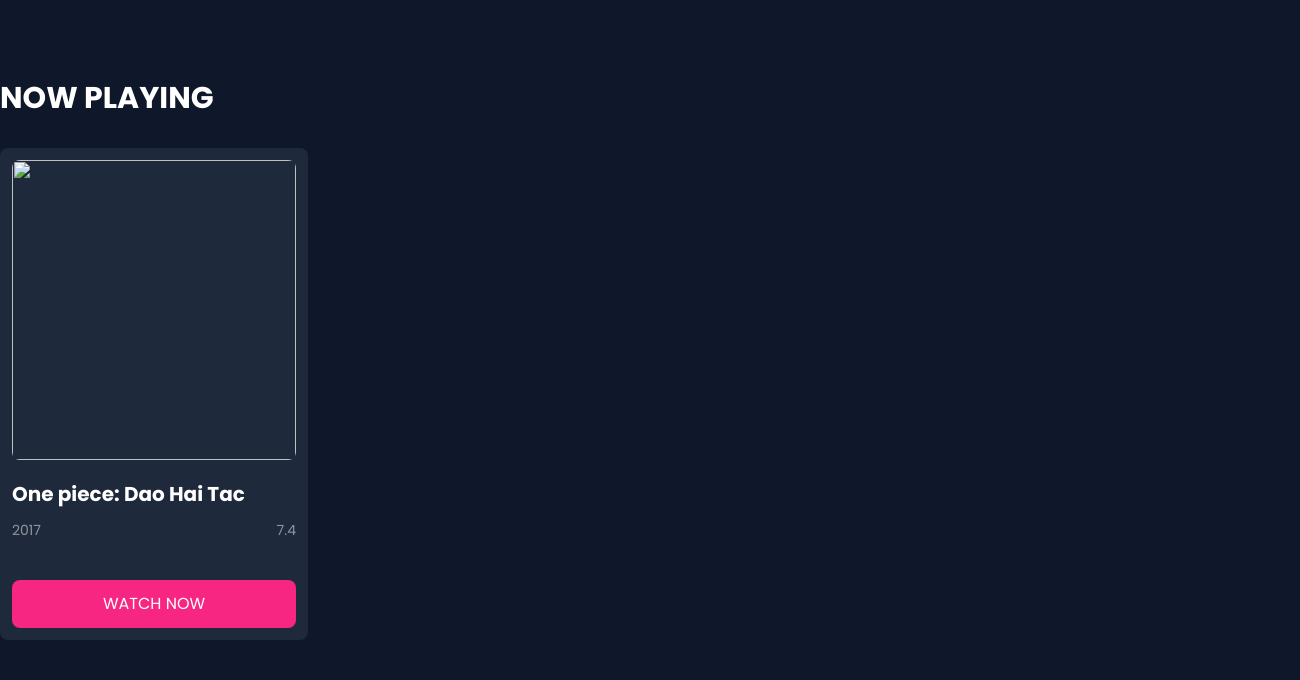
Repository: HoangLong0210/MovieWithTheMovieDb
Page: /
These files come from the project's save history. The page is drawn as it stood at one moment and after the next save; the edit follows.
The browser window is 1280 px wide. The page is 1300 px wide, so the pictures cover 1300 px, including what lies to the right of the window. The pictures show the part of the page from y = 624 to 1304 px (the page is 1304 px tall before and 812 px after).
The project was rebuilt for these pictures with package versions that can differ from the ones it lists, and the page was loaded fresh each time.

Above is the page before, as saved 2023-04-27 14:26:40.

### public/index.html
<!DOCTYPE html>
<html lang="en">
  <head>
    <meta charset="utf-8" />
    <link rel="icon" href="%PUBLIC_URL%/favicon.ico" />
    <meta name="viewport" content="width=device-width, initial-scale=1" />
    <meta name="theme-color" content="#000000" />
    <meta
      name="description"
      content="Web site created using create-react-app"
    />
    <link rel="apple-touch-icon" href="%PUBLIC_URL%/logo192.png" />
    <!--
      manifest.json provides metadata used when your web app is installed on a
      user's mobile device or desktop. See https://developers.google.com/web/fundamentals/web-app-manifest/
    -->
    <link rel="manifest" href="%PUBLIC_URL%/manifest.json" />
    <link rel="preconnect" href="https://fonts.googleapis.com" />
    <link rel="preconnect" href="https://fonts.gstatic.com" crossorigin />
    <link
      href="https://fonts.googleapis.com/css2?family=Poppins:wght@400;500;700;800;900&display=swap"
      rel="stylesheet"
    />

    <!--
      Notice the use of %PUBLIC_URL% in the tags above.
      It will be replaced with the URL of the `public` folder during the build.
      Only files inside the `public` folder can be referenced from the HTML.

      Unlike "/favicon.ico" or "favicon.ico", "%PUBLIC_URL%/favicon.ico" will
      work correctly both with client-side routing and a non-root public URL.
      Learn how to configure a non-root public URL by running `npm run build`.
    -->
    <title>React App</title>
  </head>
  <body>
    <noscript>You need to enable JavaScript to run this app.</noscript>
    <div id="root"></div>
    <!--
      This HTML file is a template.
      If you open it directly in the browser, you will see an empty page.

      You can add webfonts, meta tags, or analytics to this file.
      The build step will place the bundled scripts into the <body> tag.

      To begin the development, run `npm start` or `yarn start`.
      To create a production bundle, use `npm run build` or `yarn build`.
    -->
  </body>
</html>

### src/index.scss
@tailwind base;
@tailwind components;
@tailwind utilities;

@layer base {
  body {
    @apply bg-slate-900 font-body;
  }
}

@layer components {
  .page-container {
    max-width: 1280px;
    @apply mx-auto;
  }
  .page-container-fluid {
    max-width: 1440px;
    @apply mx-auto;
  }
}

### src/App.js
import { Fragment } from "react";
import { NavLink } from "react-router-dom";

function App() {
  return (
    <Fragment>
      <header className="header flex items-center justify-center gap-x-5 py-10 text-white mb-5">
        <NavLink className="text-primary">Home</NavLink>
        <NavLink>Movie</NavLink>
      </header>
      <section className="banner h-[500px] page-container mb-20">
        <div className="w-full h-full rounded-lg relative">
          <div className="overlay absolute inset-0 bg-gradient-to-t from-[rgba(0,0,0,0.5)] to-[rgba(0,0,0,0.5)] rounded-lg"></div>
          <img
            src="https://pic0.iqiyipic.com/image/20211206/f2/2e/a_100421840_m_601_en_m1_1013_638.jpg"
            alt=""
            className="w-full h-full object-cover rounded-lg"
          />
          <div className="absolute left-5 bottom-5 w-full text-white">
            <h2 className="font-bold text-3xl mb-5">One Piece - VUA HAI TAC</h2>
            <div className="flex items-center gap-x-3 mb-8">
              <span className="py-2 px-4 border border-white rounded-md">
                Phieu luu
              </span>
              <span className="py-2 px-4 border border-white rounded-md">
                Phieu luu
              </span>
              <span className="py-2 px-4 border border-white rounded-md">
                Phieu luu
              </span>
            </div>
            <button className="py-3 px-6 rounded-lg text-white font-medium bg-primary">
              Watch Now
            </button>
          </div>
        </div>
      </section>
      <section className="movie-layout page-container-fluid pb-10 text-white">
        <h2 className="capitalize text-white mb-8 text-3xl font-bold">
          NOW PLAYING
        </h2>
        <div className="movie-list grid grid-cols-4 gap-4">
          <div className="movie-card rounded-lg p-3 bg-slate-800">
            <img
              src=""
              alt=""
              className="w-full h-[300px] object-cover rounded-lg mb-5"
            />
            <h3 className="text-white text-xl font-bold mb-3">
              One piece: Dao Hai Tac
            </h3>
            <div className="flex items-center justify-between text-sm opacity-50 mb-10">
              <span>2017</span>
              <span>7.4</span>
            </div>
            <button className="py-3 px-6 rounded-lg capitalize bg-primary w-full">
              WATCH NOW
            </button>
          </div>
        </div>
      </section>
    </Fragment>
  );
}

export default App;

### tailwind.config.js
/** @type {import('tailwindcss').Config} */
module.exports = {
  content: ["./src/**/*.{js,jsx,ts,tsx}"],
  theme: {
    extend: {
      fontFamily: {
        body: ["Poppins", "sans-serif"],
      },
      colors: {
        primary: "#F62682",
      },
    },
  },
  plugins: [],
};

### src/components/movie/MovieCard.js
import React from "react";

const MovieCard = () => {
  return <div></div>;
};

export default MovieCard;

Loaded but not shown: src/index.js (common file); src/reportWebVitals.js (common file)

After the next save:
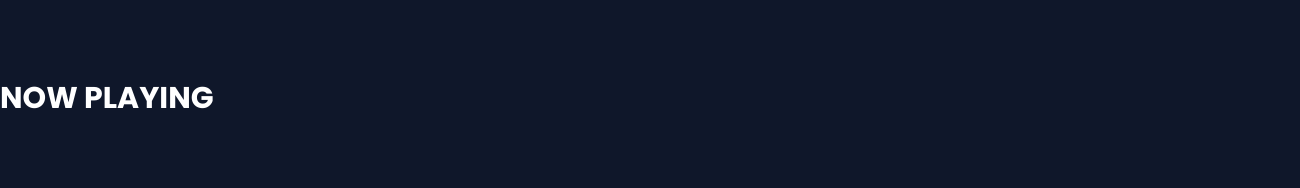
Saved 17 s later.
--- a/src/App.js
+++ b/src/App.js
@@ -39,25 +39,7 @@
         <h2 className="capitalize text-white mb-8 text-3xl font-bold">
           NOW PLAYING
         </h2>
-        <div className="movie-list grid grid-cols-4 gap-4">
-          <div className="movie-card rounded-lg p-3 bg-slate-800">
-            <img
-              src=""
-              alt=""
-              className="w-full h-[300px] object-cover rounded-lg mb-5"
-            />
-            <h3 className="text-white text-xl font-bold mb-3">
-              One piece: Dao Hai Tac
-            </h3>
-            <div className="flex items-center justify-between text-sm opacity-50 mb-10">
-              <span>2017</span>
-              <span>7.4</span>
-            </div>
-            <button className="py-3 px-6 rounded-lg capitalize bg-primary w-full">
-              WATCH NOW
-            </button>
-          </div>
-        </div>
+        <div className="movie-list grid grid-cols-4 gap-4"></div>
       </section>
     </Fragment>
   );

After the 2 saves that followed:
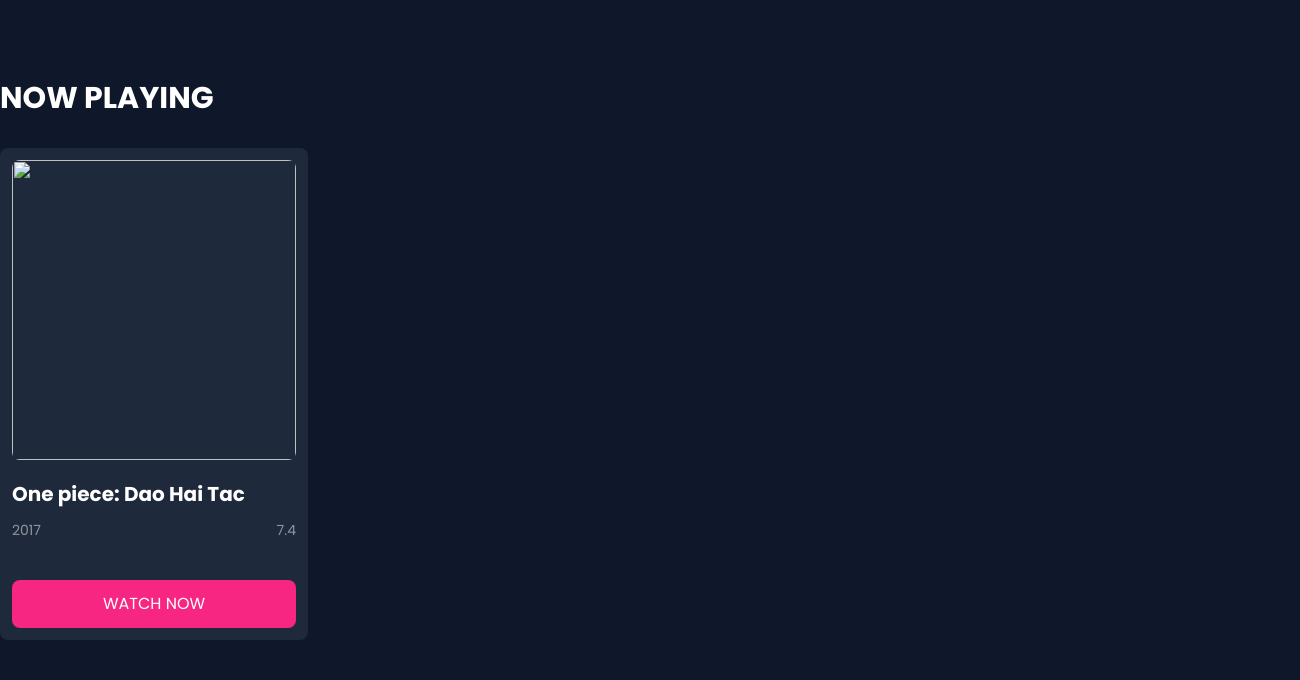
The 2 saves are shown as one change because 1 left the picture as it was.
The last was saved 39 s later.
--- a/src/App.js
+++ b/src/App.js
@@ -1,5 +1,6 @@
 import { Fragment } from "react";
 import { NavLink } from "react-router-dom";
+import MovieCard from "./components/movie/MovieCard";
 
 function App() {
   return (
@@ -39,7 +40,9 @@
         <h2 className="capitalize text-white mb-8 text-3xl font-bold">
           NOW PLAYING
         </h2>
-        <div className="movie-list grid grid-cols-4 gap-4"></div>
+        <div className="movie-list grid grid-cols-4 gap-4">
+          <MovieCard></MovieCard>
+        </div>
       </section>
     </Fragment>
   );
--- a/src/components/movie/MovieCard.js
+++ b/src/components/movie/MovieCard.js
@@ -1,7 +1,25 @@
 import React from "react";
 
 const MovieCard = () => {
-  return <div></div>;
+  return (
+    <div className="movie-card rounded-lg p-3 bg-slate-800">
+      <img
+        src=""
+        alt=""
+        className="w-full h-[300px] object-cover rounded-lg mb-5"
+      />
+      <h3 className="text-white text-xl font-bold mb-3">
+        One piece: Dao Hai Tac
+      </h3>
+      <div className="flex items-center justify-between text-sm opacity-50 mb-10">
+        <span>2017</span>
+        <span>7.4</span>
+      </div>
+      <button className="py-3 px-6 rounded-lg capitalize bg-primary w-full">
+        WATCH NOW
+      </button>
+    </div>
+  );
 };
 
 export default MovieCard;
